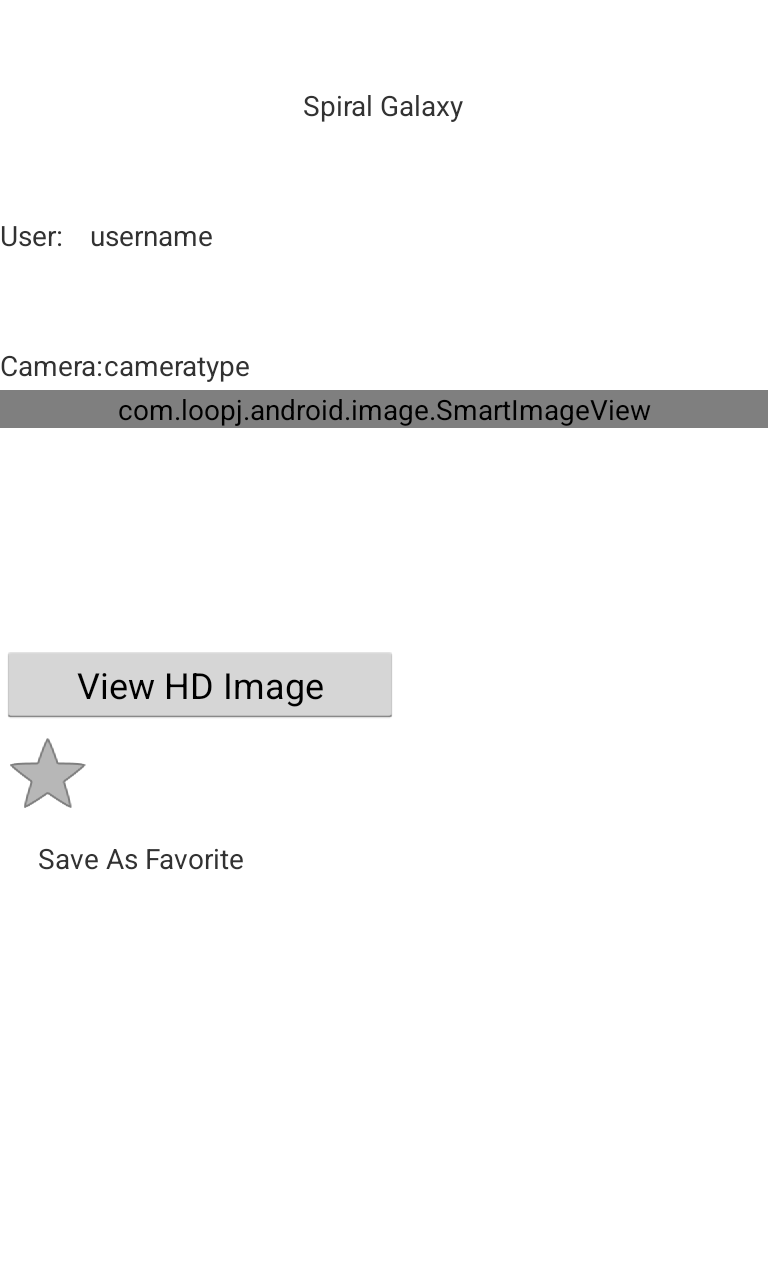
Repository: arianaantonio/Java2_Antonio
Layout: SpaceImageViewer/res/layout/details_activity.xml
An editor plug-in stored every save of this project. The layout is shown before and after the next save, followed by the edit.
Pictures or frames that could not be fetched are drawn as grey boxes. It is drawn on a 768 x 1280 px phone screen (xhdpi) without system bars, with theme AppTheme; the app's code is not run.

Above is the layout before, as saved 2014-07-17 05:49:21.

### SpaceImageViewer/res/layout/details_activity.xml
<?xml version="1.0" encoding="utf-8"?>
<LinearLayout xmlns:android="http://schemas.android.com/apk/res/android"
    android:layout_width="match_parent"
    android:layout_height="match_parent"
    android:orientation="vertical" >

	<RelativeLayout
	    android:id="@+id/relativeLayout1"
	    android:layout_width="match_parent"
	    android:layout_height="22dp"
	    android:layout_gravity="center"
	    android:layout_marginTop="43dp"
	    android:layout_weight="0.00"
	    android:orientation="horizontal" >

		<TextView
		    android:id="@+id/title"
		    android:layout_width="wrap_content"
		    android:layout_height="wrap_content"
		    android:layout_alignParentTop="true"
		    android:layout_centerHorizontal="true"
		    android:text="Spiral Galaxy" />

	</RelativeLayout>

	<LinearLayout
	    android:id="@+id/linearLayout1"
	    android:layout_width="144dp"
	    android:layout_height="22dp"
	    android:layout_marginTop="43dp"
	    android:orientation="horizontal" >

	    <TextView
	        android:id="@+id/user"
	        android:layout_width="45dp"
	        android:layout_height="38dp"
	        android:layout_gravity="center_horizontal"
	        android:layout_marginBottom="25dp"
	        android:layout_marginTop="30dp"
	        android:text="@string/userString" />

	    <TextView
	        android:id="@+id/userName"
	        android:layout_width="fill_parent"
	        android:layout_height="wrap_content"
	        android:layout_weight="1"
	        android:text="username" />
	</LinearLayout>

	<LinearLayout
	    android:id="@+id/linearLayout2"
	    android:layout_width="144dp"
	    android:layout_height="22dp"
	    android:layout_marginTop="43dp"
	    android:orientation="horizontal" >

	    <TextView
	        android:id="@+id/camera"
	        android:layout_width="wrap_content"
	        android:layout_height="wrap_content"
	        android:text="@string/cameraString" />

	    <TextView
	        android:id="@+id/cameraType"
	        android:layout_width="wrap_content"
	        android:layout_height="wrap_content"
	        android:text="cameratype" />
	</LinearLayout>

    <com.loopj.android.image.SmartImageView
        android:id="@+id/my_image"
        android:layout_width="match_parent"
        android:layout_height="wrap_content"
        android:visibility="visible" />

    <Button
        android:id="@+id/button1"
        android:layout_width="wrap_content"
        android:layout_height="wrap_content"
        android:layout_marginTop="108dp"
        android:minHeight="35dp"
        android:text="@string/HDbutton"
        android:width="200dp" />

    <RatingBar
        android:id="@+id/ratingBar"
        android:layout_width="wrap_content"
        android:layout_height="wrap_content"
        android:numStars="1"
        android:rating="0.0"
        android:stepSize="1.0" />

    <TextView
        android:id="@+id/textView1"
        android:layout_width="wrap_content"
        android:layout_height="wrap_content"
        android:layout_marginLeft="19dp"
        android:text="@string/favorite" />

</LinearLayout>

### SpaceImageViewer/res/values/strings.xml
<?xml version="1.0" encoding="utf-8"?>
<resources>

    <string name="app_name">Space Image Viewer</string>
    <string name="action_settings">Settings</string>
    <string name="textview_text">List of images of spiral galaxies</string>
    <string name="detail_view">Details:</string>
    <string name="Description">Image View</string>
    <color name="Purple">#7F00FF</color>
    <color name="Grey">#D8D8D8</color>
    <color name="Aqua">#99FFFF</color>
    <string name="userString">User:</string>
    <string name="cameraString">Camera:</string>
    <string name="HDbutton">View HD Image</string>
    <string name="detailactivity">Details Activity</string>
    <string name="favorite">Save As Favorite</string>


</resources>

Loaded but not shown: SpaceImageViewer/res/values/styles.xml (common file); SpaceImageViewer/res/values-v11/styles.xml (common file); SpaceImageViewer/res/values-v14/styles.xml (common file)

After the next save:
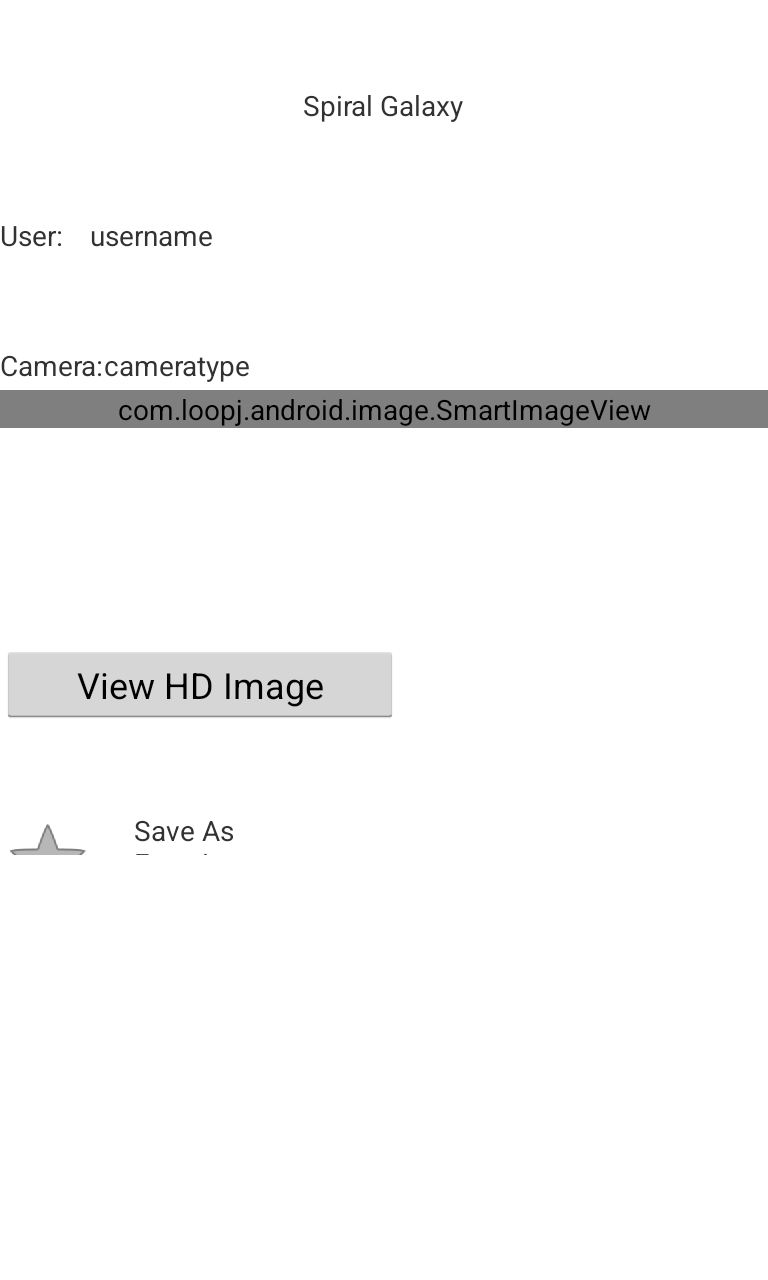
Saved 2 min 25 s later.
--- a/SpaceImageViewer/res/layout/details_activity.xml
+++ b/SpaceImageViewer/res/layout/details_activity.xml
@@ -81,20 +81,25 @@
         android:minHeight="35dp"
         android:text="@string/HDbutton"
         android:width="200dp" />
+	<LinearLayout
+	    android:id="@+id/linearLayout1"
+	    android:layout_width="144dp"
+	    android:layout_height="22dp"
+	    android:layout_marginTop="43dp"
+	    android:orientation="horizontal" >
+	    <RatingBar
+	        android:id="@+id/ratingBar"
+	        android:layout_width="wrap_content"
+	        android:layout_height="wrap_content"
+	        android:numStars="1"
+	        android:rating="0.0"
+	        android:stepSize="1.0" />
 
-    <RatingBar
-        android:id="@+id/ratingBar"
-        android:layout_width="wrap_content"
-        android:layout_height="wrap_content"
-        android:numStars="1"
-        android:rating="0.0"
-        android:stepSize="1.0" />
-
-    <TextView
-        android:id="@+id/textView1"
-        android:layout_width="wrap_content"
-        android:layout_height="wrap_content"
-        android:layout_marginLeft="19dp"
-        android:text="@string/favorite" />
-
+	    <TextView
+	        android:id="@+id/textView1"
+	        android:layout_width="wrap_content"
+	        android:layout_height="wrap_content"
+	        android:layout_marginLeft="19dp"
+	        android:text="@string/favorite" />
+	</LinearLayout>
 </LinearLayout>
